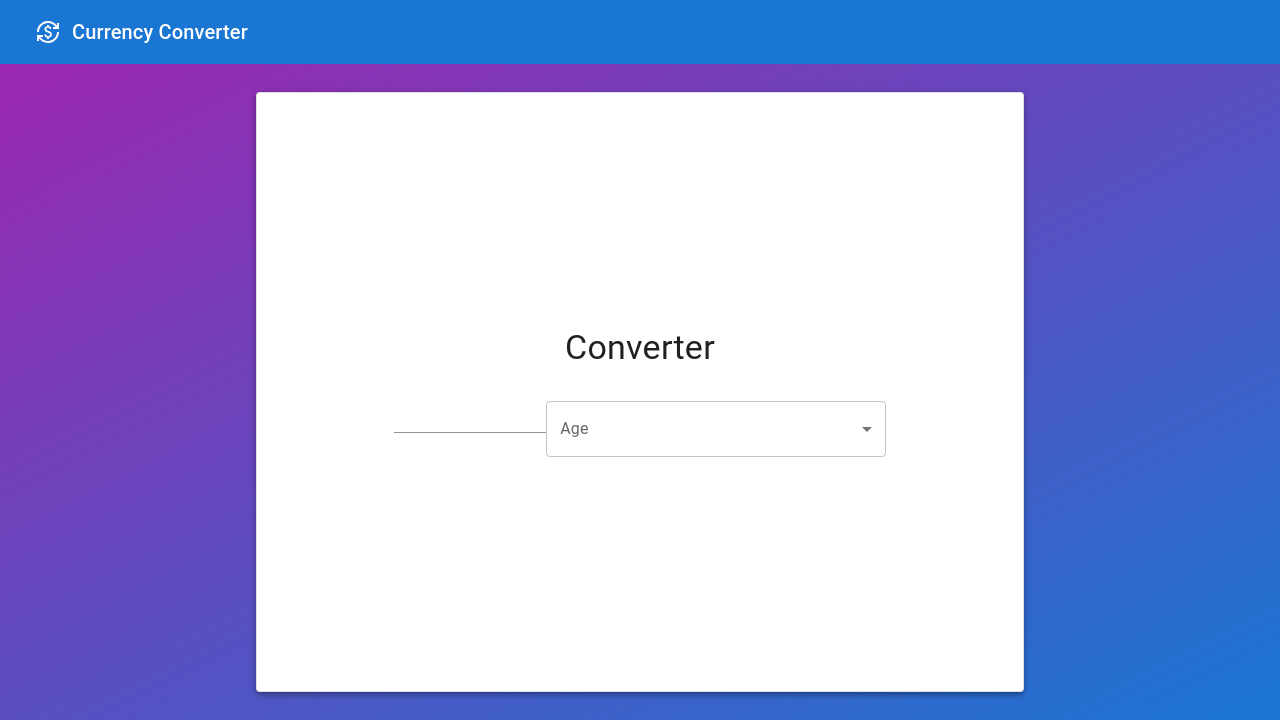
Repository: rutsguifd/currency-converter
Page: /
These files come from the project's save history. The page is drawn as it stood at one moment and after the next save; the edit follows.
The browser window is 1280 px wide. The pictures show the whole page.
The project was rebuilt for these pictures with package versions that can differ from the ones it lists, and the page was loaded fresh each time. Also part of the build but not shown: src/components/ErrorBoundary.jsx.

Above is the page before, as saved 2023-03-27 23:54:50.

### src/index.js
import { CssBaseline } from "@mui/material";
import React from "react";
import ReactDOM from "react-dom/client";
import { Provider } from "react-redux";
import { BrowserRouter } from "react-router-dom";
import App from "./App";
import { setupStore } from "./store";

const store = setupStore();

const root = ReactDOM.createRoot(document.getElementById("root"));
root.render(
  <Provider store={store}>
    <BrowserRouter>
      <CssBaseline>
        <App />
      </CssBaseline>
    </BrowserRouter>
  </Provider>
);

### src/App.js
import AppRouter from "./router/AppRouter";

function App() {
  return (
    <>
      <AppRouter />
    </>
  );
}

export default App;

### src/store/index.js
import { combineReducers, configureStore } from "@reduxjs/toolkit";
import { ConverterAPI } from "./ConverterService";

const rootReducer = combineReducers({
  [ConverterAPI.reducerPath]: ConverterAPI.reducer,
});

export const setupStore = () => {
  return configureStore({
    reducer: rootReducer,
    middleware: (getDefaultMiddleware) =>
      getDefaultMiddleware().concat(ConverterAPI.middleware),
  });
};

### src/router/AppRouter.jsx
import React from "react";
import { Route, Routes } from "react-router-dom";
import ErrorBoundary from "../components/ErrorBoundary";
import HomePage from "../pages/HomePage";

const AppRouter = () => {
  return (
    <Routes>
      <Route path="/" element={<HomePage />} />
      <Route path="/error" element={<ErrorBoundary />} />
    </Routes>
  );
};

export default AppRouter;

### src/store/ConverterService.js
import { createApi, fetchBaseQuery } from "@reduxjs/toolkit/dist/query/react";

const BASE_URL = "https://api.apilayer.com/exchangerates_data/";

const BASE_QUERY = fetchBaseQuery({
  baseUrl: BASE_URL,
  prepareHeaders: (headers) => {
    headers.set("apikey", "3yTPGVUhUYyAGGgNkKb2MySzxmY4qcWi");
    return headers;
  },
});

export const ConverterAPI = createApi({
  reducerPath: "ConverterAPI",
  baseQuery: BASE_QUERY,
  tagTypes: ["ConverterAPI"],
  endpoints: (build) => ({
    getLatestCurrency: build.query({
      query: ({ symbols, base }) => `latest?symbols=${symbols}&base=${base}`,
    }),
  }),
});

### src/pages/HomePage.jsx
import React from "react";
import ConvertContainer from "../components/ConvertContainer";
import MainLayout from "../layout/MainLayout";

const HomePage = () => {
  return (
    <MainLayout>
      <ConvertContainer />
    </MainLayout>
  );
};

export default HomePage;

### src/components/ConvertContainer.jsx
import { Container, useTheme } from "@mui/material";
import React from "react";
import Convert from "./Convert";

const ConvertContainer = () => {
  const theme = useTheme();

  return (
    <Container
      maxWidth={false}
      disableGutters
      sx={{
        display: "flex",
        justifyContent: "center",
        alignItems: "center",
        minHeight: "calc(100vh - 64px)",
        background: `linear-gradient(to right bottom, ${theme.palette.secondary.main},  ${theme.palette.primary.main})`,
      }}
    >
      <Convert />
    </Container>
  );
};

export default ConvertContainer;

### src/layout/MainLayout.jsx
import React from "react";
import Header from "../components/Header";

const MainLayout = ({ children }) => {
  return (
    <>
      <Header />
      {children}
    </>
  );
};

export default MainLayout;

### src/components/Convert.jsx
import {
  Box,
  FormControl,
  InputLabel,
  MenuItem,
  Paper,
  Select,
  TextField,
  Typography,
} from "@mui/material";
import React from "react";

const Convert = () => {
  return (
    <Paper
      variant="outlined"
      sx={{
        p: 4,
        display: "flex",
        flexDirection: "column",
        alignItems: "center",
        justifyContent: "center",
        width: "60vw",
        minWidth: "400px",
        height: "60vh",
        minHeight: "600px",
        gap: 4,
        boxShadow: 4,
      }}
    >
      <Typography variant="h4">Converter</Typography>
      <Box display="flex" flexDirection="row" width="70%">
        <TextField variant="standard" width="150%" />
        <FormControl fullWidth>
          <InputLabel id="demo-simple-select-label">Age</InputLabel>
          <Select
            labelId="demo-simple-select-label"
            id="demo-simple-select"
            // value={age}
            // label="Age"
            // onChange={handleChange}
          >
            <MenuItem value={10}>Ten</MenuItem>
            <MenuItem value={20}>Twenty</MenuItem>
            <MenuItem value={30}>Thirty</MenuItem>
          </Select>
        </FormControl>
      </Box>
    </Paper>
  );
};

export default Convert;

### src/components/Header.jsx
import {
  AppBar,
  Box,
  CircularProgress,
  IconButton,
  Toolbar,
  Typography,
} from "@mui/material";
import CurrencyExchangeIcon from "@mui/icons-material/CurrencyExchange";
import EuroSymbolIcon from "@mui/icons-material/EuroSymbol";
import AttachMoneyIcon from "@mui/icons-material/AttachMoney";
import React from "react";
import { ConverterAPI } from "../store/ConverterService";
import { useNavigate } from "react-router-dom";

const Header = () => {
  const navigate = useNavigate();

  //   const {
  //     data: USDData,
  //     error: USDError,
  //     isLoading: USDLoading,
  //   } = ConverterAPI.useGetLatestCurrencyQuery({
  //     symbols: "UAH",
  //     base: "USD",
  //   });
  //   const {
  //     data: EURData,
  //     error: EURError,
  //     isLoading: EURLoading,
  //   } = ConverterAPI.useGetLatestCurrencyQuery({
  //     symbols: "UAH",
  //     base: "EUR",
  //   });
  //   if (USDError || EURError) {
  //     return navigate("/error");
  //   }
  return (
    <Box sx={{ flexGrow: 1 }}>
      <AppBar position="static">
        <Toolbar>
          <IconButton size="large" color="inherit">
            <CurrencyExchangeIcon />
          </IconButton>
          <Typography variant="h6" component="div" sx={{ flexGrow: 1 }}>
            Currency Converter
          </Typography>
          {/* <Box margin={2} display="flex" flexDirection="row">
            <EuroSymbolIcon />
            {EURLoading ? (
              <CircularProgress />
            ) : (
              <Typography>{EURData.rates.UAH}</Typography>
            )}
          </Box>
          <Box margin={2} display="flex" flexDirection="row">
            <AttachMoneyIcon />
            {USDLoading ? (
              <CircularProgress />
            ) : (
              <Typography>{USDData.rates.UAH}</Typography>
            )}
          </Box> */}
        </Toolbar>
      </AppBar>
    </Box>
  );
};

export default Header;

Loaded but not shown: public/index.html (common file)

After the next save:
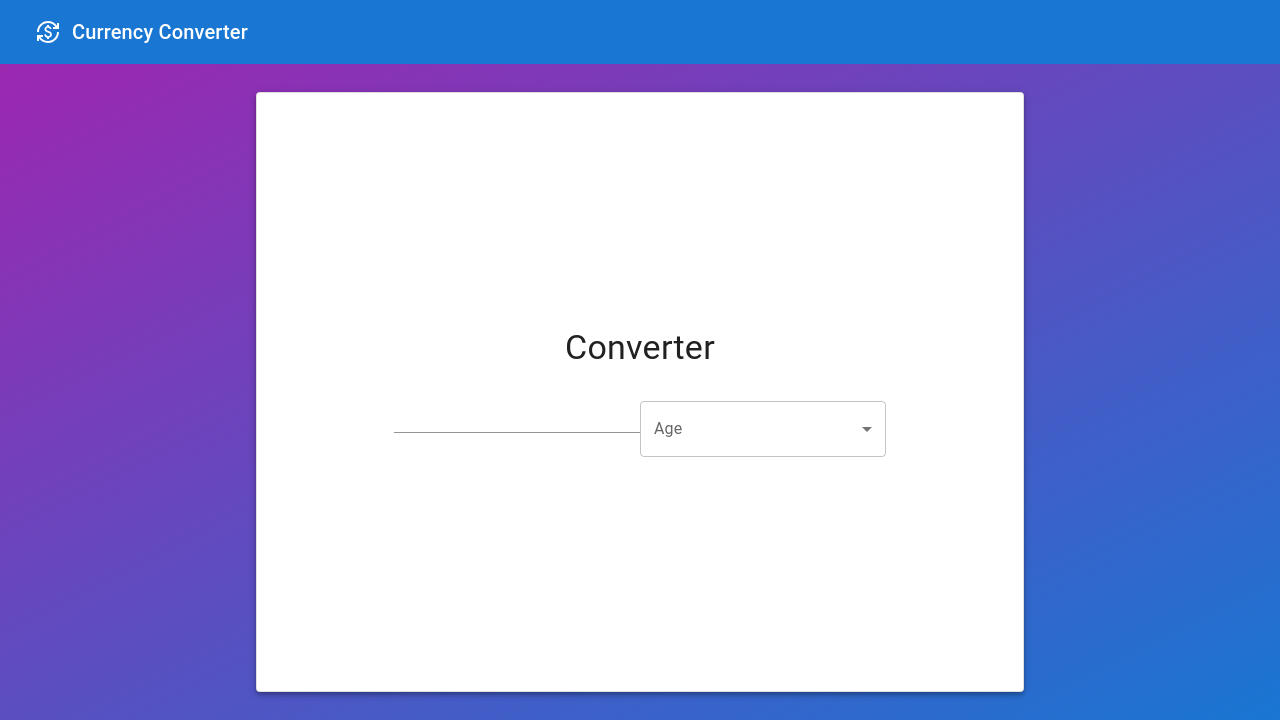
Saved 13 s later.
--- a/src/components/Convert.jsx
+++ b/src/components/Convert.jsx
@@ -30,7 +30,7 @@ const Convert = () => {
     >
       <Typography variant="h4">Converter</Typography>
       <Box display="flex" flexDirection="row" width="70%">
-        <TextField variant="standard" width="150%" />
+        <TextField variant="standard" sx={{ width: "100%" }} />
         <FormControl fullWidth>
           <InputLabel id="demo-simple-select-label">Age</InputLabel>
           <Select
